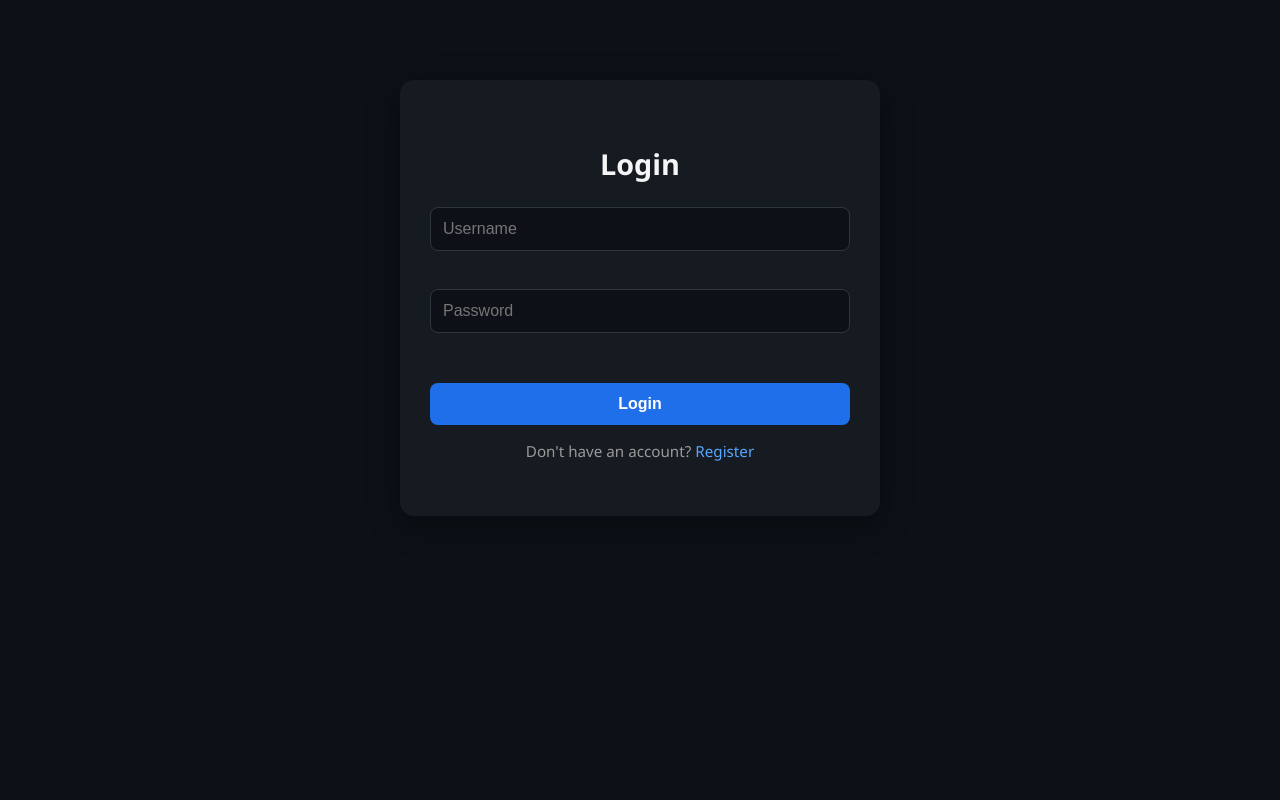
Repository: lowluds/auth-flask
Page: http://localhost/login
These files come from the project's save history. The page is drawn as it stood at one moment and after the next save; the edit follows.
The browser window is 1280 px wide. The pictures show the whole page.
The page is served by the project's application, run on Flask 3 (login.py).

Above is the page before, as saved 2025-07-10 21:56:19.

### templates/login.html
<!DOCTYPE html>
<html lang="en">
<head>
    <meta charset="UTF-8">
    <meta name="viewport" content="width=device-width, initial-scale=1.0">
    <title>Login</title>
    <link rel="stylesheet" href="{{ url_for('static', filename='register.css') }}">
    <link rel="stylesheet" href="{{ url_for('static', filename='error.css') }}">
    <link rel="stylesheet" href="https://cdnjs.cloudflare.com/ajax/libs/font-awesome/6.5.0/css/all.min.css">
</head>

<body>
    <div class="login-container">
        <h2>Login</h2>
        <form method="post" action="/login">
            <input type="text" name="username" placeholder="Username" required><br>
            <input type="password" name="password" placeholder="Password" required><br>

            {% with messages = get_flashed_messages(with_categories=true) %}
              {% if messages %}
                {% for category, message in messages %}
                  {% if category == 'error' %}
                  <div class="input-error">{{ message }}</div>
                  {% endif %}
                {% endfor %}
              {% endif %}
            {% endwith %}

            {% if show_forgot %}
            <a href="{{ url_for('forgot_password') }}" class="forgot-link">Forgot password?</a>
            {% endif %}

            <button type="submit">Login</button>
        </form>
        <p>Don't have an account? <a href="/register">Register</a></p>
    </div>
</body>
</html>

### login.py
from flask import Flask, render_template, request, redirect, url_for, session, flash
from werkzeug.security import check_password_hash
from werkzeug.security import generate_password_hash
import json

app = Flask (__name__)
app.secret_key = '123abc456'  # Change this to a secure random value

@app.route('/')
def home():
    return redirect(url_for('login'))

# Login
@app.route('/login', methods=['GET', 'POST'])
def login():
    if request.method == 'POST':
        # Get form input
        username = request.form['username']
        password = request.form['password']

        # Load users from JSON
        with open('users/userDB.json', 'r') as file:
            data = json.load(file)

        # Look for user
        for user in data['users']:
            if user['username'] == username:
                # Check hashed password
                if check_password_hash(user['password'], password):
                    session['username'] = username
                    session['group'] = user['group']
                    session.pop('show_forgot', None)

                    # Redirect based on group
                    if user['group'] == 'admin':
                        return redirect(url_for('admin'))
                    else:
                        return redirect(url_for('dashboard'))

                flash("Incorrect password", "error")
                session['show_forgot'] = True
                return redirect(url_for('login'))

        flash("Username or password not found", "error")
        session.pop('show_forgot', None)
        return redirect(url_for('login'))

    show_forgot = session.pop('show_forgot', False)
    return render_template('login.html', show_forgot=show_forgot)

# Register
@app.route('/register', methods=['GET', "POST"])
def register():
    if request.method == 'POST':
        username = request.form['username']
        password = request.form['password']
        group = "user"

        # Load existing users
        with open('users/userDB.json', 'r') as file:
            data = json.load(file)

        # Check for duplicate username
        for user in data['users']:
            if user['username'] == username:
                flash("Username already exists. Please choose another.", "error")
                return redirect(url_for('register'))

        # Hash the password
        hashed_password = generate_password_hash(password)

        # Add new user to userDB.json
        data['users'].append({
            'username': username,
            'password': hashed_password,
            'group'   : group
        })

        # Save the updated user to userDB.json
        with open('users/userDB.json', "w") as file:
            json.dump(data, file, indent=4)

        flash("You are registered! Please log in.", "success")
        return redirect(url_for('login'))

    # Only runs for GET requests
    return render_template('register.html')

# Forgot Password
@app.route('/forgot')
def forgot_password():
    return render_template('forgot.html')

# Dashboard
@app.route('/dashboard')
def dashboard():
    # Check if user is logged in
    if 'username' in session:
        return render_template('dashboard.html')
    else:
        return redirect(url_for('login'))
# Admin dashboard
@app.route('/admin')
def admin():
    if 'username' in session:
        if session.get('group') == 'admin':
            return render_template('admin.html')
        else:
            return "You are logged in, but not authorized to view this page"
    else:
        return redirect(url_for('login'))

# Logout
@app.route('/logout')
def logout():
    session.pop('username', None)
    return redirect(url_for('login'))

if __name__ == '__main__':
    app.run(debug=True)

### static/register.css
/* Global dark theme */
body {
    background: #0d1117;
    font-family: 'Segoe UI', Tahoma, Geneva, Verdana, sans-serif;
    margin: 0;
    padding: 0;
    color: #f5f5f5;
    min-height: 100vh;
}

/* Centered containers for login/register/dashboard */
.login-container,
.register-container,
.dashboard-container,
.admin-dashboard-container {
    background: #161b22;
    max-width: 420px;
    margin: 80px auto;
    padding: 40px 30px;
    border-radius: 14px;
    box-shadow: 0 8px 32px rgba(0, 0, 0, 0.4);
    display: flex;
    flex-direction: column;
    align-items: center;
}

/* Headings */
.login-container h2,
.register-container h2,
.dashboard-container h2,
.admin-dashboard-container h2 {
    color: #f5f5f5;
    margin-bottom: 24px;
    font-weight: 600;
    font-size: 1.8rem;
}

/* Forms */
form {
    width: 100%;
    display: flex;
    flex-direction: column;
}

/* Labels */
label {
    margin-bottom: 6px;
    color: #ddd;
    font-size: 0.95rem;
}

/* Inputs */
input,
select {
    padding: 12px;
    margin-bottom: 16px;
    border: 1px solid #30363d;
    border-radius: 8px;
    background-color: #0d1117;
    color: #f5f5f5;
    font-size: 1rem;
    transition: border 0.2s, background-color 0.2s;
}

input:focus,
select:focus {
    border: 1.5px solid #1f6feb;
    outline: none;
    background-color: #161b22;
}

/* Buttons */
button {
    background-color: #1f6feb;
    color: #fff;
    border: none;
    border-radius: 8px;
    padding: 12px;
    font-size: 1rem;
    font-weight: 600;
    cursor: pointer;
    transition: background-color 0.3s;
    margin-top: 12px;
}

button:hover {
    background-color: #1158c7;
}

/* Links */
a {
    color: #58a6ff;
    text-decoration: none;
    font-weight: 500;
    font-size: 0.95rem;
}

a:hover {
    color: #1f6feb;
    text-decoration: underline;
}

/* Paragraphs */
p {
    margin-top: 16px;
    color: #999;
    font-size: 0.95rem;
}

/* Forgot Password */
.forgot-link {
    text-align: center;
    margin-bottom: 10px;
}

/* Responsive */
@media (max-width: 600px) {
    .login-container,
    .register-container,
    .dashboard-container,
    .admin-dashboard-container {
        width: 90%;
        padding: 24px;
    }
}

### static/error.css
/* Modern error style for login and form input errors */
.input-error {
    background: none;
    color: #ff0000;
    padding: 0;
    border-radius: 0;
    margin: 14px 0 18px 0;
    font-weight: 600;
    text-align: center;
    box-shadow: none;
    letter-spacing: 0.7px;
    font-size: 1.08rem;
    border: none;
    text-shadow: none;
    max-width: 400px;
    width: 90%;
    margin-left: auto;
    margin-right: auto;
}
@keyframes fadeOut {
  0% { opacity: 0.98; transform: translateY(0); }
  80% { opacity: 0.98; }
  100% { opacity: 0; transform: translateY(-20px); pointer-events: none; }
}

After the next save:
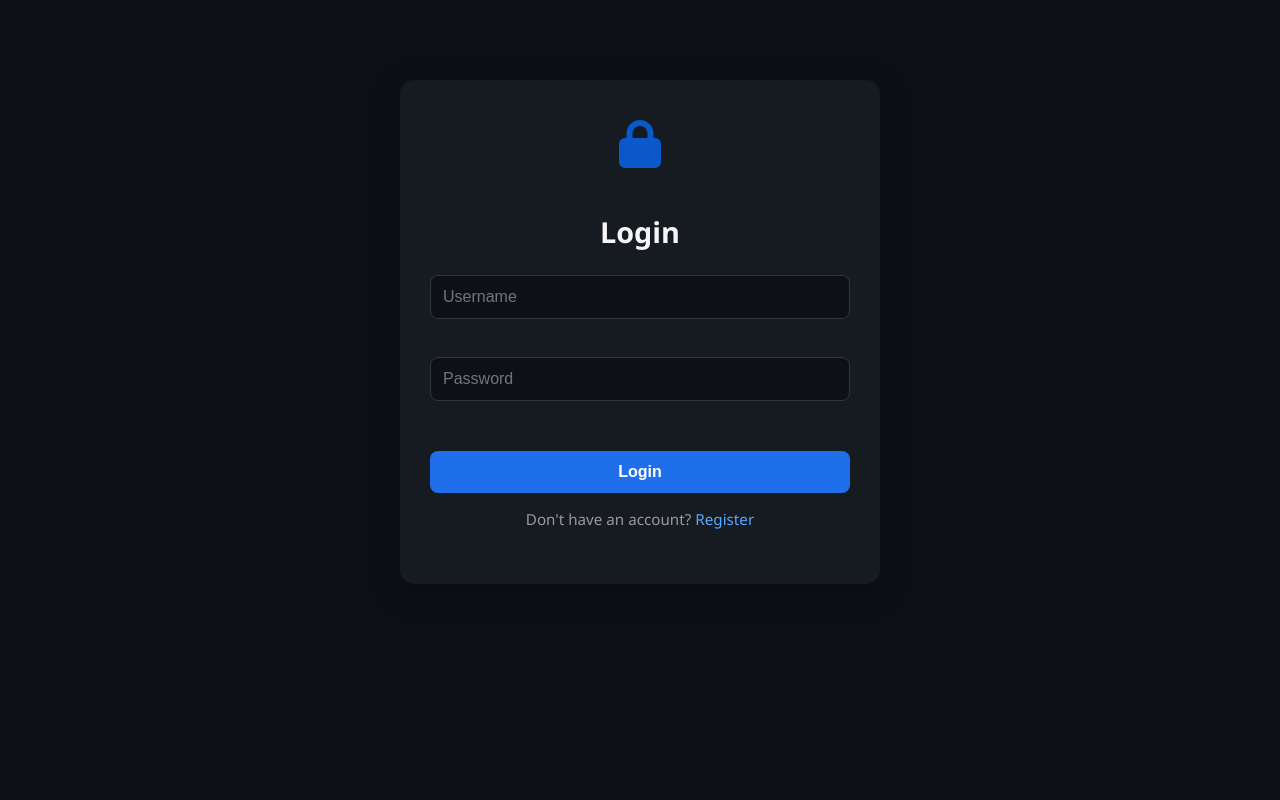
Saved 16 s later.
--- a/templates/login.html
+++ b/templates/login.html
@@ -11,6 +11,7 @@
 
 <body>
     <div class="login-container">
+        <i class="fas fa-lock" style="font-size:48px; color:#0a58ca; margin-bottom: 20px;"></i>
         <h2>Login</h2>
         <form method="post" action="/login">
             <input type="text" name="username" placeholder="Username" required><br>
